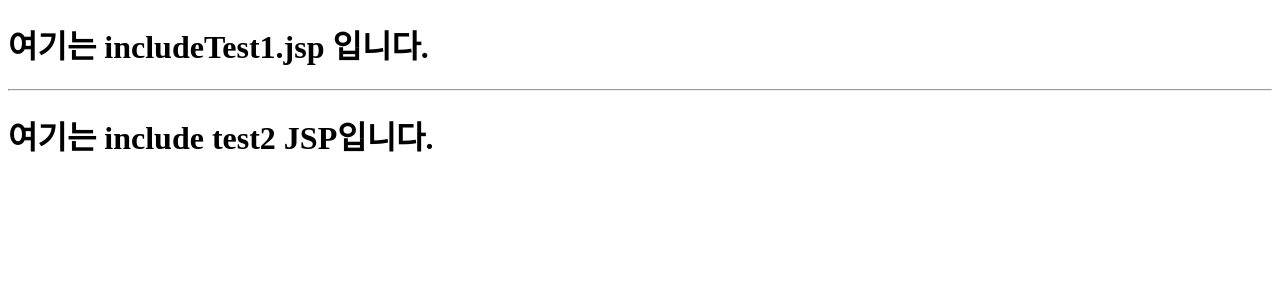
Repository: gh-56/jsp_workspace_al
Page: http://localhost/11_action_tag/includeTest1.jsp
The author's editor kept a copy of each file at every save. The page is drawn from the files as they stood at one save, then again after the next save.
The browser window is 1280 px wide. The pictures show the whole page.
The page is served by Tomcat 9.

Above is the page before, as saved 2023-10-18 00:43:32.

### 11_action_tag/src/main/webapp/includeTest1.jsp
<%@ page language="java" contentType="text/html; charset=UTF-8"
    pageEncoding="UTF-8"%>
<!DOCTYPE html>
<html>
<head>
<meta charset="UTF-8">
<title>includeTest1.jsp</title>
</head>
<body>
	<h1>여기는 includeTest1.jsp 입니다.	</h1>
	<%-- <%@ include file="includeTest2.jsp" %> --%>
	<jsp:include page="includeTest2.jsp" >
		<jsp:param name="name" value="LGH"/>
	</jsp:include>
	<%-- <%=str %> --%>
</body>
</html>

### 11_action_tag/src/main/webapp/includeTest2.jsp
<%@ page language="java" contentType="text/html; charset=UTF-8"
    pageEncoding="UTF-8"%>
<%! String str = "test variable"; %>
<% String name = request.getParameter("name"); %>
<hr/>
<h1>여기는 include test2 JSP입니다.</h1>

After the next save:
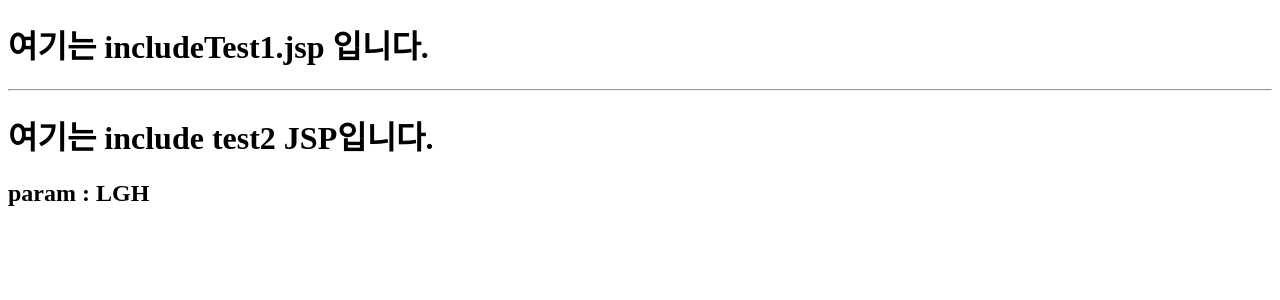
Saved 15 s later.
--- a/11_action_tag/src/main/webapp/includeTest2.jsp
+++ b/11_action_tag/src/main/webapp/includeTest2.jsp
@@ -4,3 +4,4 @@
 <% String name = request.getParameter("name"); %>
 <hr/>
 <h1>여기는 include test2 JSP입니다.</h1>
+<h2> param : <%=name %></h2>
